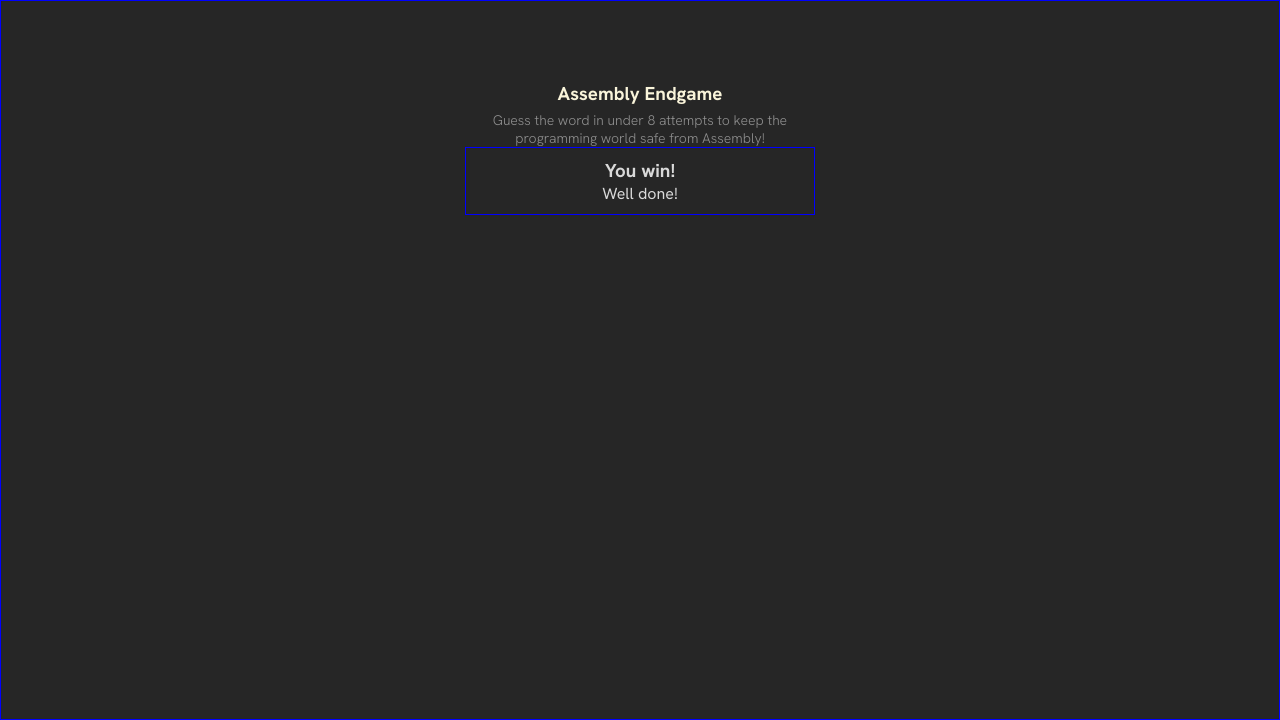
Repository: AchrafAzzaoui/AssemblyEndgame
Page: / (app in assembly-endgame/)
The author's editor kept a copy of each file at every save. The page is drawn from the files as they stood at one save, then again after the next save.
The browser window is 1280 px wide. The pictures show the whole page.
The project was rebuilt for these pictures with package versions that can differ from the ones it lists, and the page was loaded fresh each time. Also part of the build but not shown: assembly-endgame/vite.config.js.

Above is the page before, as saved 2024-12-24 20:35:35.

After the next save:
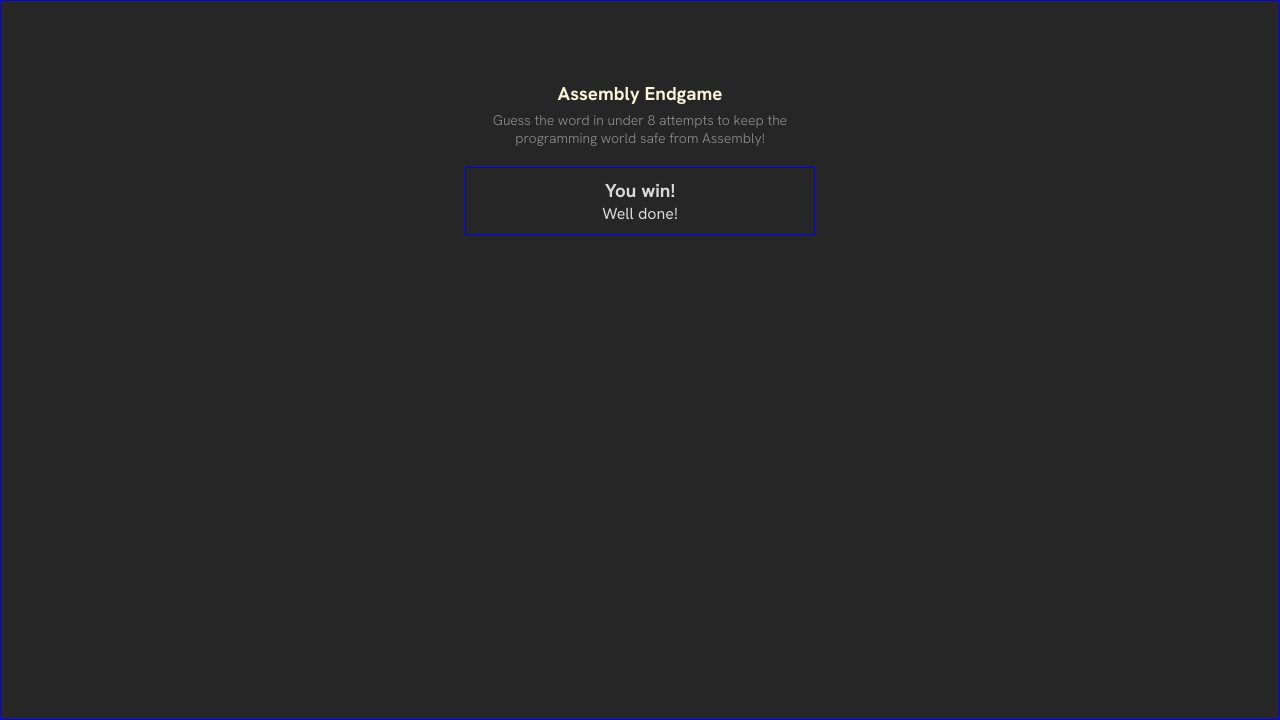
Saved 30 s later.
--- a/assembly-endgame/src/index.css
+++ b/assembly-endgame/src/index.css
@@ -33,5 +33,6 @@
 .status {
   border: 1px solid blue;
   text-align: center;
-  padding: 10px 40px;
+  padding: 10px 60px;
+  margin: 20px 0;
 }
